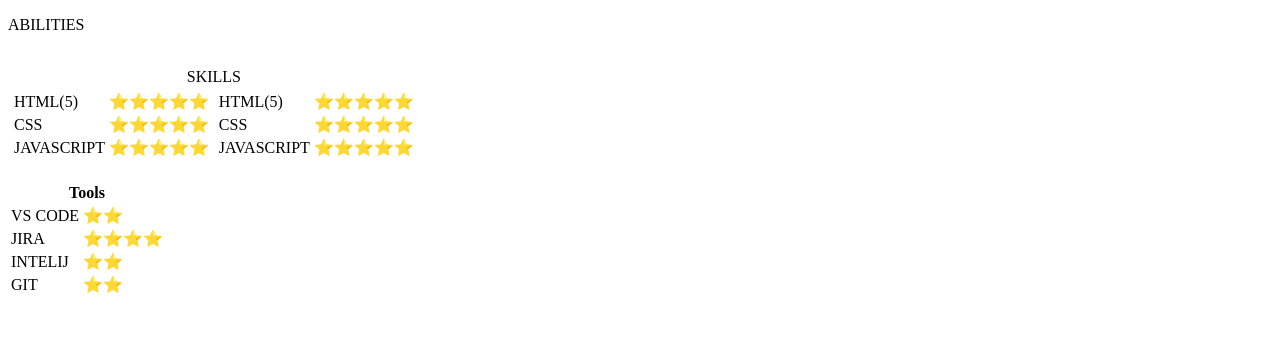
Repository: ew-code/Web-Development
Page: HTML - Personal Site/abilities.html
An editor plug-in stored every save of this project. The page is shown before and after the next save, followed by the edit.
The browser window is 1280 px wide. The pictures show the whole page.

Above is the page before, as saved 2021-01-03 20:20:54.

After the next save:
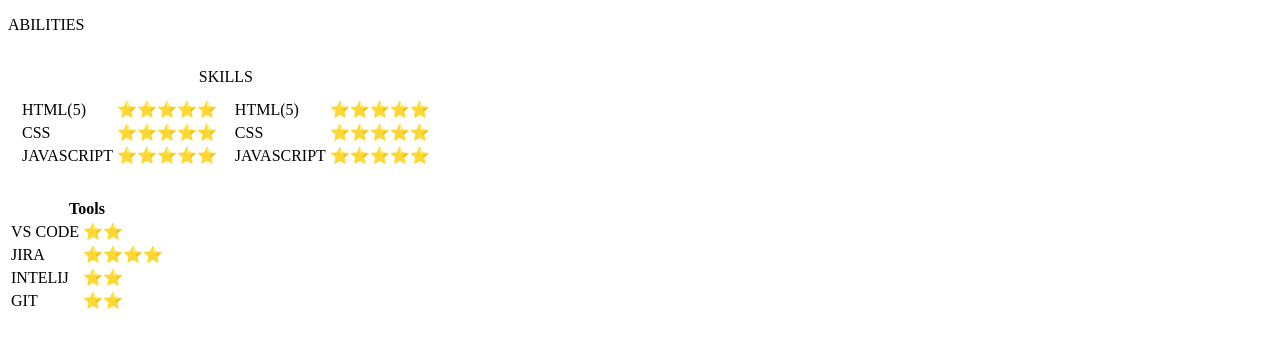
Saved 81 s later.
--- a/HTML - Personal Site/abilities.html
+++ b/HTML - Personal Site/abilities.html
@@ -12,7 +12,7 @@
   <p>ABILITIES</p>
   <br>
 
-  <table cellspaceing = "10">
+  <table cellspacing="10">
     <caption>SKILLS</caption>
     <tr>
       <td>
